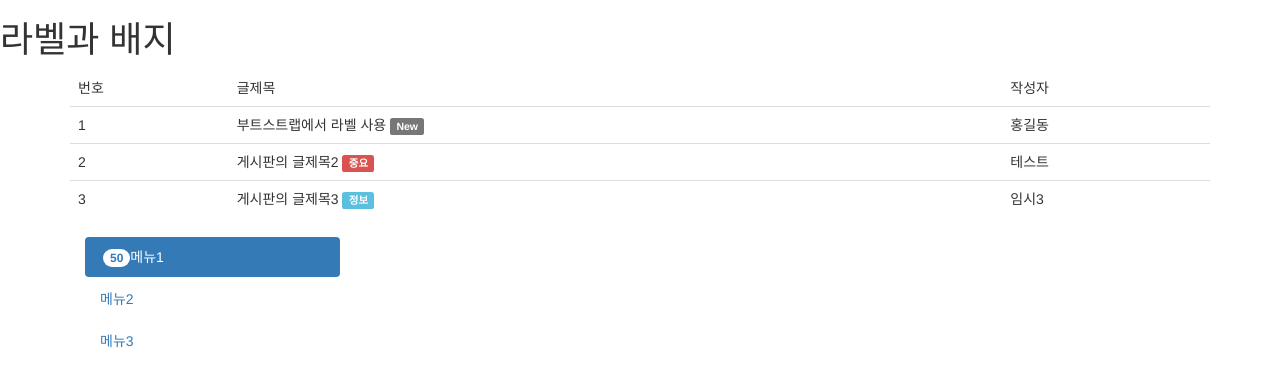
Repository: RYE415/4.jsp
Page: BootstrapTest/src/main/webapp/10.badge/labelbagde.html
The author's editor kept a copy of each file at every save. The page is drawn from the files as they stood at one save, then again after the next save.
The browser window is 1280 px wide. The pictures show the whole page.
Some web libraries are served in a nearby version.

Above is the page before, as saved 2022-08-11 01:33:35.

After the next save:
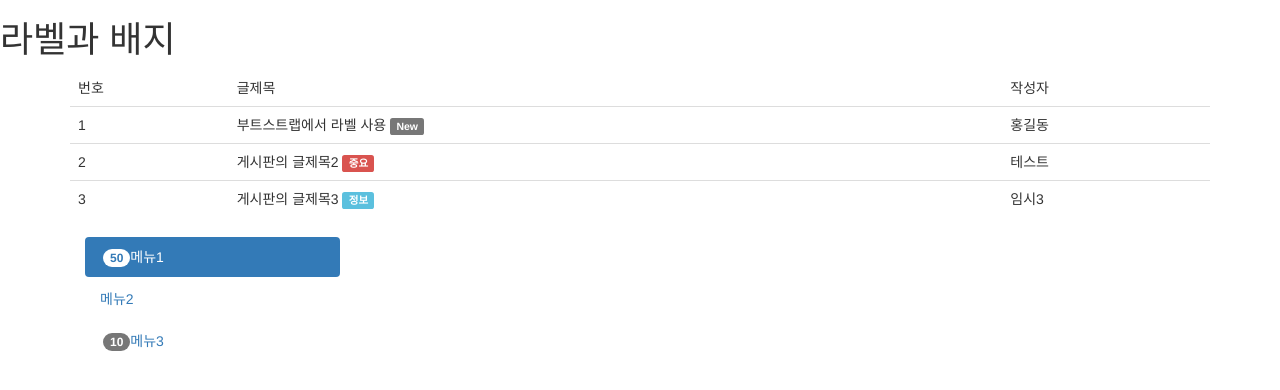
Saved 56 s later.
--- a/BootstrapTest/src/main/webapp/10.badge/labelbagde.html
+++ b/BootstrapTest/src/main/webapp/10.badge/labelbagde.html
@@ -73,7 +73,8 @@
     	 		<li class="active"><a href="#">
     	 		<span class="badge">50</span>메뉴1</a></li>
     	 		<li><a href="#">메뉴2</a></li>
-    	 		<li><a href="#">메뉴3</a></li>
+    	 		<li><a href="#">
+    	 		<span class="badge">10</span>메뉴3</a></li>
     	 	</ul>
 
     	 </div>
